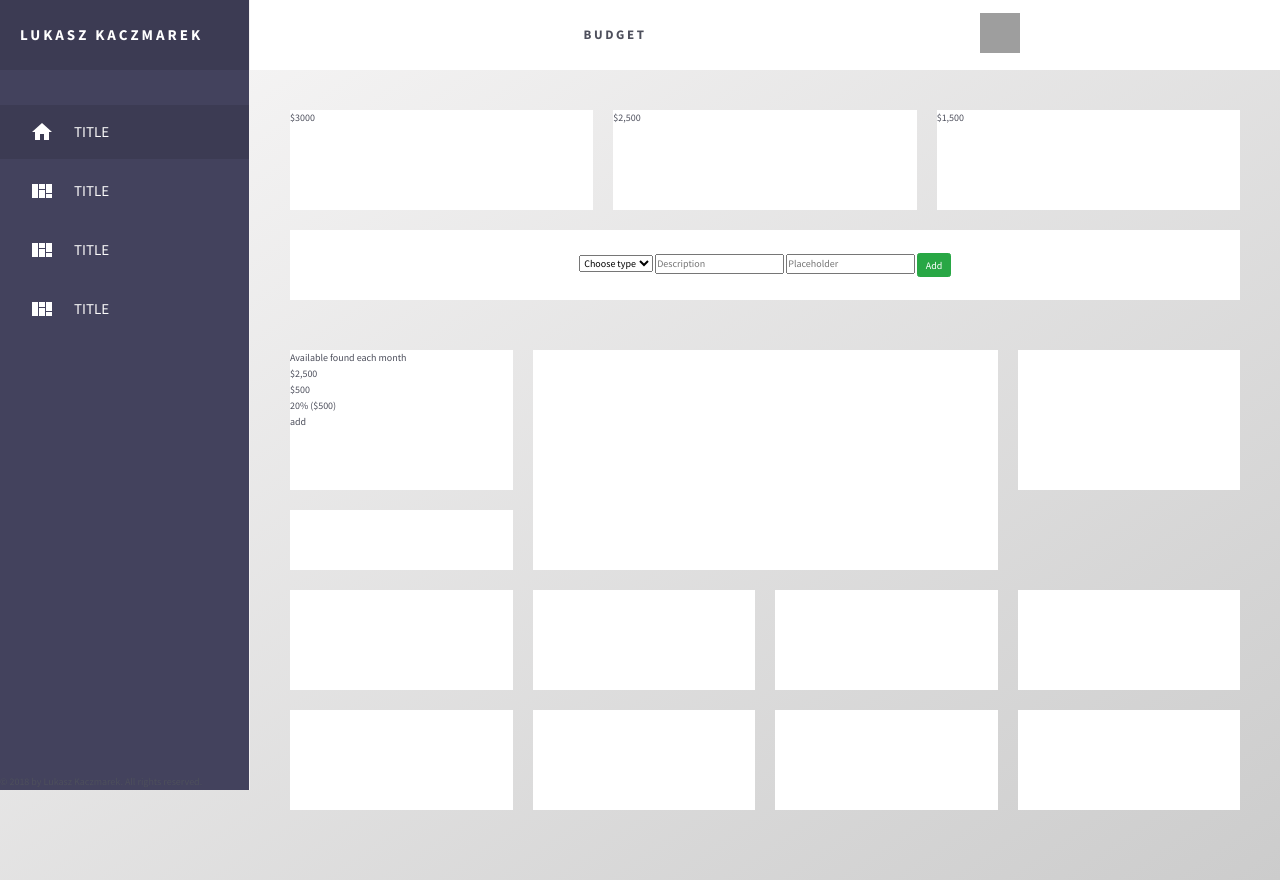
Repository: Archezi/BudgetApplication
Page: index.html
An editor plug-in stored every save of this project. The page is shown before and after the next save, followed by the edit.
The browser window is 1280 px wide. The pictures show the whole page.
Pictures or frames that could not be fetched are drawn as grey boxes. The style sheet was rebuilt from its Sass, Less or Tailwind sources for each picture, by a compiler version that may differ from the author's.

Above is the page before, as saved 2018-08-29 21:14:57.
Console error: TypeError: $(...).formSelect is not a function

### index.html
<!DOCTYPE html>
<html lang="en">
<head>
    <meta charset="UTF-8">
    <meta name="viewport" content="width=device-width, initial-scale=1.0">
    <meta http-equiv="X-UA-Compatible" content="ie=edge">
    <link href="https://fonts.googleapis.com/css?family=Source+Sans+Pro:300,400,700" rel="stylesheet">
    <!--Import Google Icon Font-->
    <link href="https://fonts.googleapis.com/icon?family=Material+Icons" rel="stylesheet">
    <!--Import materialize.css-->
    <link type="text/css" rel="stylesheet" href="css/bootstrap.min.css"  media="screen,projection"/>
    <!-- Website style.css-->
    <link rel="stylesheet" href="css/style.comp.css">

    <title>Budget Application</title>

</head>
<body>
   <div class="web__container">
        <header class="header">
            <div class="logo">
                <h1>Lukasz Kaczmarek</h1>
            </div>
            <div class="page_title">
                <h2>Budget</h2>
            </div>
            <div class="user-nav">
                <div class="user-nav__icon"></div>
                <div class="user-nav__profile">
                    <img src="https://source.unsplash.com/random/40x40" alt="">
                </div>
            </div>
        </header>

        <div class="content">
            <nav class="sidebar">
                <ul class="side-nav">
                    <li class="side-nav__item side-nav__item--active">
                        <a href="#" class="side-nav__link">
                                <svg class="side-nav__icon" style="width:24px;height:24px" viewBox="0 0 24 24">
                                    <path fill="#fff" d="M10,20V14H14V20H19V12H22L12,3L2,12H5V20H10Z" />
                                </svg>
                            <span>Title</span>
                        </a>
                    </li>
                    <li class="side-nav__item ">
                        <a href="#" class="side-nav__link">
                            <svg class="side-nav__icon" style="width:24px;height:24px" viewBox="0 0 24 24">
                                <path fill="#000000" d="M2,5V19H8V5H2M9,5V10H15V5H9M16,5V14H22V5H16M9,11V19H15V11H9M16,15V19H22V15H16Z" />
                            </svg>
                            <span>Title</span>
                        </a>
                    </li>
                    <li class="side-nav__item ">
                        <a href="#" class="side-nav__link">
                            <svg class="side-nav__icon" style="width:24px;height:24px" viewBox="0 0 24 24">
                                <path fill="#000000" d="M2,5V19H8V5H2M9,5V10H15V5H9M16,5V14H22V5H16M9,11V19H15V11H9M16,15V19H22V15H16Z" />
                            </svg>
                            <span>Title</span>
                        </a>
                    </li>
                    <li class="side-nav__item ">
                        <a href="#" class="side-nav__link">
                            <svg class="side-nav__icon" style="width:24px;height:24px" viewBox="0 0 24 24">
                                <path fill="#000000" d="M2,5V19H8V5H2M9,5V10H15V5H9M16,5V14H22V5H16M9,11V19H15V11H9M16,15V19H22V15H16Z" />
                            </svg>
                            <span>Title</span>
                        </a>
                    </li>
                </ul>

                <div class="legal">
                    &copy; 2018 by Lukasz Kaczmarek. All rights reserved.
                </div>
            </nav>

            <div class="main">

                <div class="overview">
                    <div class="total__available-founds">$3000</div>
                    <div class="total__income">$2,500</div>
                    <div class="total__expenses">$1,500</div>
                </div>
                <div class="input-section-wrapper">
                    <div class="input-section">
                        <select>
                            <option value="" disabled selected>Choose type</option>
                            <option value="inc">Income</option>
                            <option value="exp">Expense</option>
                        </select>
                        <input placeholder="Description" class="input__description" type="text">
                        <input placeholder="Placeholder" class="input__value" type="text">
                        <button class="btn btn-success">Add</button>
                    </div>
                </div>




                <div class="budget">
                    <div class="available-founds-panel">
                        <div class="available-founds__title">Available found each month</div>
                        <div class="available-found__value">$2,500</div>
                        <div class="available-found__deposit">$500</div>
                        <div class="available-found__deposit--percentage">20% ($500)</div>
                        <div class="available-found__btn add__btn">
                            <i></i>add
                        </div>
                    </div>
                    <div class="income-panel">
                    </div>
                    <div class="history-panel"></div>
                    <div class="expenses-panel"></div>
                </div>
                <div class="statistics">
                    <div class="net-profit-panel"></div>
                    <div class="tax-panel"></div>
                    <div class="savings-panel"></div>
                    <div class="projections"></div>

                </div>
                <div class="statistics">
                    <div class="net-profit-panel"></div>
                    <div class="tax-panel"></div>
                    <div class="savings-panel"></div>
                    <div class="projections"></div>

                </div>



            </div>


        </div>




   </div>

   <!-- Compiled and minified JavaScript -->
   <script src="js/jquery.min.js"></script>
   <script src="js/bootstrap.js"></script>
   <!-- <script src="https://cdnjs.cloudflare.com/ajax/libs/materialize/1.0.0-rc.2/js/materialize.min.js"></script> -->
   <script src="js/myscript.js"></script>
</body>
</html>

### js/myscript.js
$(document).ready(function(){
    $('select').formSelect();
  });

### sass/main.scss
@import "base/reset";
@import "base/base";
@import "base/typography";

@import "abstracts/variables";
@import "components/mainComponent";
@import "components/layout";

### sass/base/_base.scss
:root {
    --color-primary: #eb2f64;
    --color-primary-light: #FF3366;
    --color-primary-dark: #BA265D;

    --color-background-dark: #3C3B53;
    --color-background-light: #43425D;

    --color-grey-light-1: #faf9f9;
    --color-grey-light-2: #f4f2f2;
    --color-grey-light-3: #f0eeee;
    --color-grey-light-4: #ccc;

    --color-grey-dark-1: #333;
    --color-grey-dark-2: #4D4F5C;
    --color-grey-dark-3: #999;
    --color-white: #fff;
    --shadow-dark: 0 2rem 6rem rgba(0,0,0,.3);
    --shadow-light: 0 2rem 5rem rgba(0,0,0,.06);

    --line: 1px solid var(--color-grey-light-2);
}

$bp-largest: 75em;     // 1200px
$bp-large: 68.75em;    // 1100px
$bp-medium: 56.25em;   // 900px
$bp-small: 37.5em;     // 600px
$bp-smallest: 31.25em; // 500px

* {
    margin: 0;
    padding: 0;
}

*,
*::before,
*::after {
    box-sizing: inherit;
}

html {
    box-sizing: border-box;
    font-size: 62.5%; // 1rem = 10px, 10px/16px = 62.5%

    @media only screen and (max-width: $bp-large) {
        font-size: 50%;
    }
}

body {


    color: var(--color-grey-dark-2);
    background-image: linear-gradient(to right bottom, var(--color-grey-light-1), var(--color-grey-light-4));
    background-size: cover;
    background-repeat: no-repeat;

    min-height: 100vh;
}

### sass/base/_typography.scss
body {

    font-weight: 400;
    line-height: 1.6;
    font-family: 'Source Sans Pro', sans-serif;
    text-rendering: optimizeLegibility;
    -webkit-font-smoothing: antialiased;

}

### sass/abstracts/_variables.scss
$header-height: 7rem;
$sidebar-width: 25rem;
$main: calc(4rem + $header-height );
$fraction: 1fr;

### sass/components/_mainComponent.scss

//////////////////////////////////////////
// Header

.logo {
    width: 25rem;
    padding: 0 2rem;

    border-right: var(--line);
    background: var(--color-background-dark);
    h1 {

        align-self: center;
        font-size: 1.5rem;
        font-weight: 700;
        line-height: 2rem;
        letter-spacing: 0.2em;
        text-transform: uppercase;
        padding: 2.5rem 0;
        color: var(--color-white);

    }
}
.page_title {
    width: 30rem;
    text-align: center;
    h2 {
        font-size: 1.3rem;
        font-weight: 700;
        letter-spacing: 0.2em;
        text-transform: uppercase;
    }
}
.user-nav {
    width: 30rem;
}



.side-nav {
    font-size: 1.5rem;
    list-style: none;
    margin-top: 3.5rem;

    &__item {
        position: relative;
        float: none;
        &:not(:last-child) {
            margin-bottom: .5rem;
        }
    }
    &__item::before {
        content: "";
        position: absolute;
        top: 0;
        left: 0;
        height: 100%;
        width: 3px;
        background-color: var(--color-background-dark);
        transform: scaleY(0);
        transition: transform .2s,
                    width .4s cubic-bezier(1,0,0,1) .2s,
                    background-color .1s;
    }

    &__item:hover::before,
    &__item--active::before {
        transform: scaleY(1);
        width: 100%;
    }

    &__item:active::before {
        background-color: var(--color-background-light);
    }

    &__link:link,
    &__link:visited {
        color: var(--color-grey-light-1);
        text-decoration: none;
        text-transform: uppercase;
        display: block;
        padding: 1.5rem 3rem;
        position: relative;
        z-index: 10;

        display: flex;
        align-items: center;

        @media only screen and (max-width: $bp-medium) {
            justify-content: center;
            padding: 2rem;
        }

        @media only screen and (max-width: $bp-small) {
            flex-direction: column;
            padding: 1.5rem .5rem;
        }
    }

    &__icon {
        width: 1.75rem;
        height: 1.75rem;
        margin-right: 2rem;
        fill: currentColor;
        path {
            fill: #fff;
        }
        @media only screen and (max-width: $bp-small) {
            margin-right: 0;
            margin-bottom: .7rem;
            width: 1.5rem;
            height: 1.5rem;
        }
    }
}

### sass/components/_layout.scss
.web__container {
    max-width: 100% !important;
    min-height: 100vh;
    margin: 0 auto;

}

.header {
    height: $header-height;
    background: var(--color-white);
    position: fixed;
    top: 0;
    width: 100%;
    display: flex;
    justify-content: space-between;
    align-items: center;
    z-index: 1000;
}
.content {

}

///////////////////////////////////////
// SIDEBAR

.sidebar {
    border-right: var(--line);
    background-color: var(--color-background-light);
    position: fixed;
    left: 0;
    top: 0;
    width: 25rem;
    margin-top: $header-height;
    // width: 25rem;
    display: flex;
    flex-direction: column;
    justify-content: space-between;
    min-height: calc(100vh );
    z-index: 999;
}

//////////////////////////////////////////
// MAIN
.main {
    margin-top: $header-height;
    padding: 4rem 4rem 7rem 29rem;
    width: 100%;
    min-height: calc(100vh - 7rem);
    display: grid;
    grid-gap: 2rem;
    grid-auto-rows: minmax(10rem, auto);
    .overview {
        display: grid;
        grid-gap: 2rem;
        grid-template-columns: repeat(3, 1fr);
        & > * {
            background: var(--color-white);
        }
        height:10rem;
    }
    .input-section-wrapper  {
        display: grid;
        height: 7rem;
        background: var(--color-white);
        align-content: center;
        justify-content: center;


    }
    .budget {
        display: grid;
        grid-gap: 2rem;
        grid-template-columns: repeat(4, 1fr);
        grid-row: span 2;
        & > * {
            background: var(--color-white);
        }
        .history-panel {
            grid-column: 2 / span 2;
            grid-row: 1 / span 2;
            grid-auto-rows: $fraction;
        }
    }

    .statistics {
        display: grid;
        grid-gap: 2rem;
        grid-template-columns: repeat(4, 1fr);

        & > * {
            background: var(--color-white);
        }

    }
}


//////////////////////////////////////////////@at-root
// Footer
.footer {
    position: absolute;
    bottom: 0;
    background: var(--color-white);
    z-index: 1;
    height: $header-height;
    width: calc(100%);
    z-index: 100;
}

Loaded but not shown: css/bootstrap.min.css (library); js/jquery.min.js (library); js/bootstrap.js (library); sass/base/_reset.scss (common file)

After the next save:
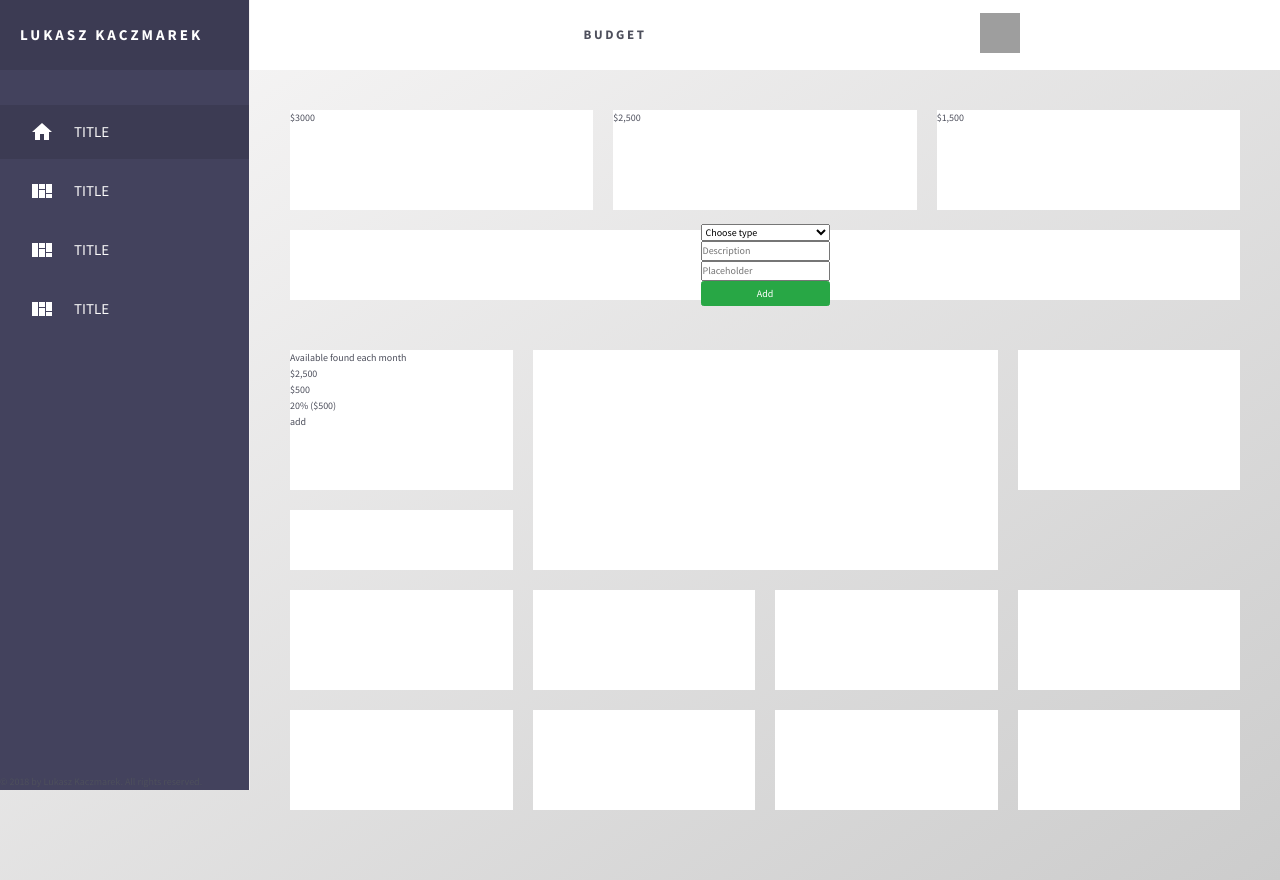
Saved 41 s later.
--- a/sass/components/_layout.scss
+++ b/sass/components/_layout.scss
@@ -65,6 +65,9 @@
         align-content: center;
         justify-content: center;
 
+        .input-section {
+            display: grid;
+        }
 
     }
     .budget {
